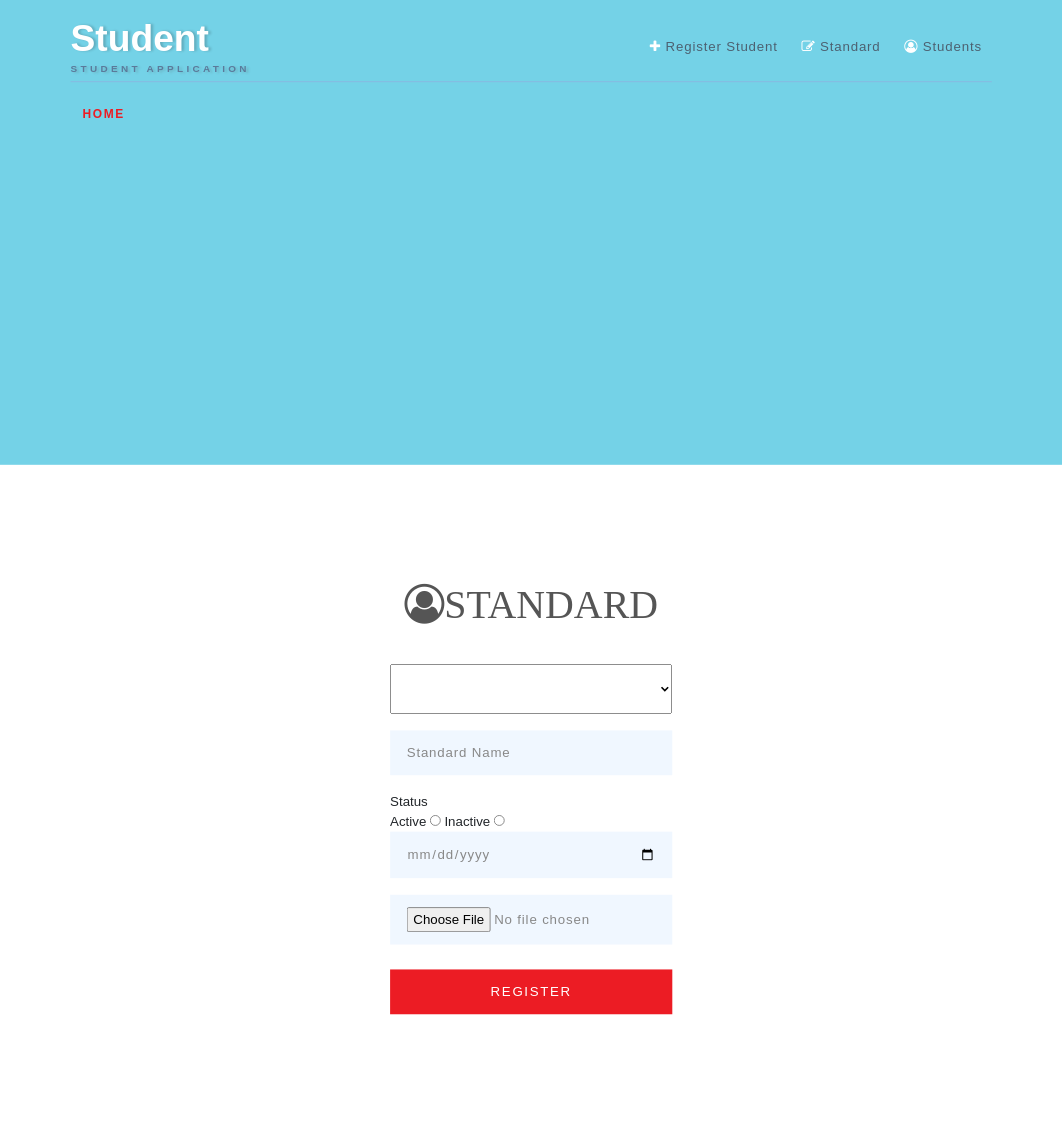
Repository: PallaviMadiya/Java-Framework-
Page: http://localhost/StudentApplication/standard.jsp
An editor plug-in stored every save of this project. The page is shown before and after the next save, followed by the edit.
The browser window is 1280 px wide. The pictures show the whole page, at 83% of full size.
Some web fonts or font styles are not loaded; a fallback is used. The page is served by Tomcat 9. Queries for data that is not in the repository find no rows.

Above is the page before, as saved 2023-10-18 08:55:36.

After the next save:
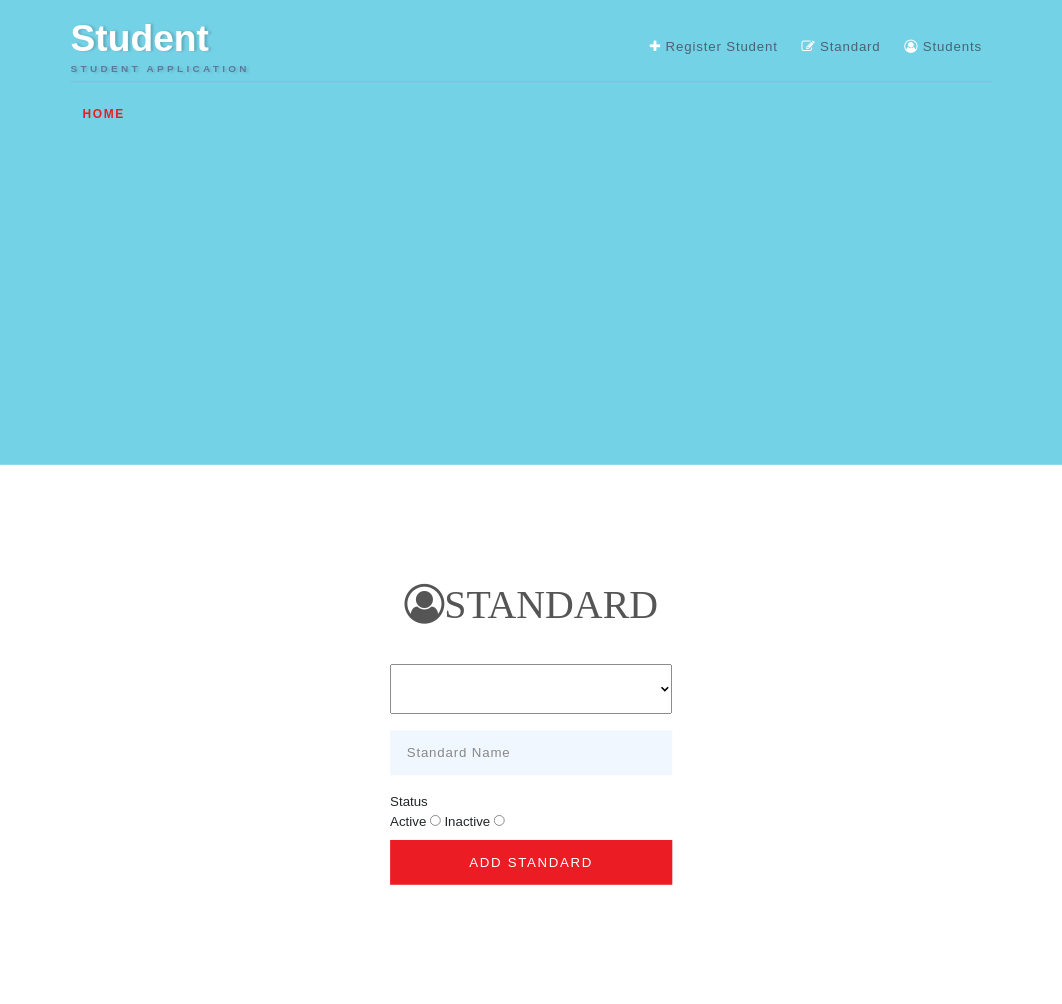
Saved 21 s later.
--- a/StudentApplication/src/main/webapp/standard.jsp
+++ b/StudentApplication/src/main/webapp/standard.jsp
@@ -47,21 +47,8 @@
                             </div>
                         </div>
 
-                        <div class="field-group">
-                            <div class="content-input-field">
-                                <input name="dob" id="text1" type="date" value="" placeholder="Date Of Birth" required="">
-                            </div>
-                        </div>
-
-                        <div class="field-group">
-                            <div class="content-input-field">
-                                <input name="image" id="text1" type="file" value="" placeholder="Student Image" required="">
-                            </div>
-                        </div>
-
-
                         <div class="content-input-field">
-                            <button type="submit" class="btn" name="action" value="register">Register</button>
+                            <button type="submit" class="btn" name="action" value="addStandard">Add Standard</button>
                         </div>
 
                     </form>
